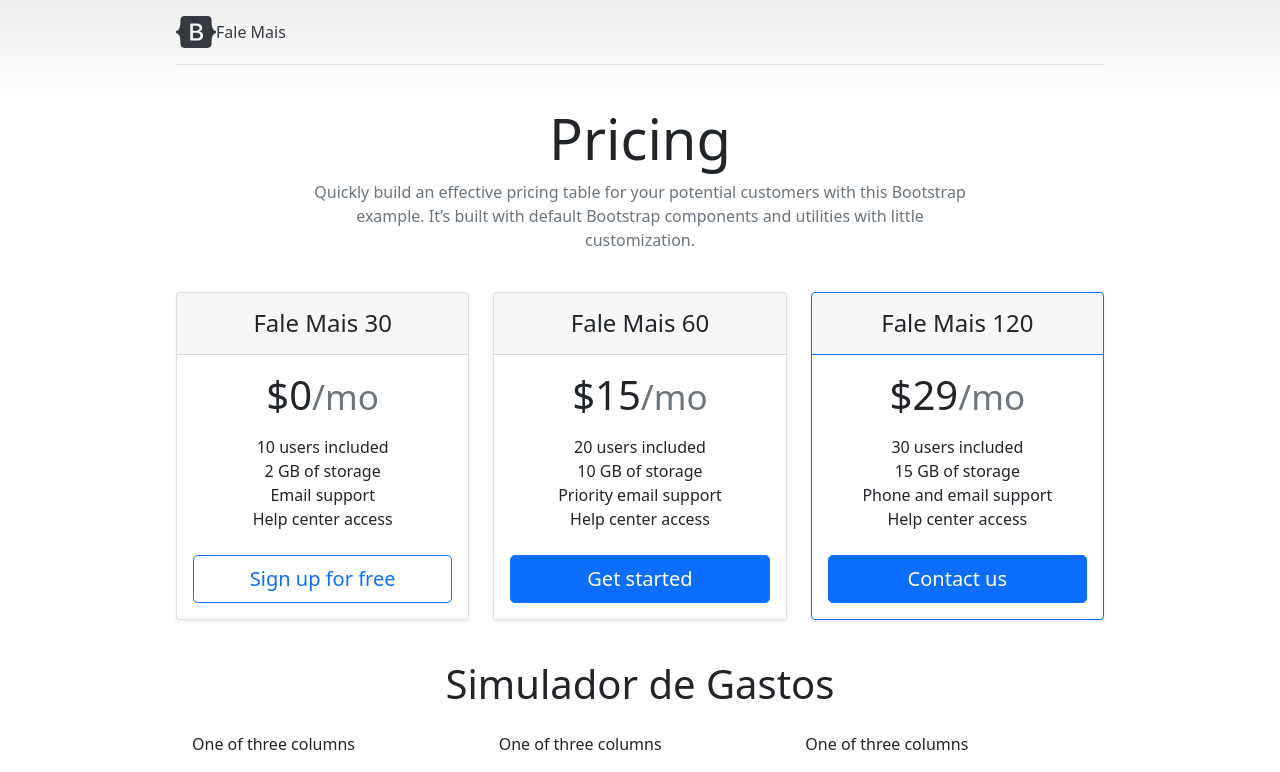
Repository: JuniorMagalhaesDeAlcantara/Fale-Mais
Page: src/resource/index.html
An editor plug-in stored every save of this project. The page is shown before and after the next save, followed by the edit.
The browser window is 1280 px wide. The pictures show the whole page.

Above is the page before, as saved 2022-08-02 14:50:16.

After the next save:
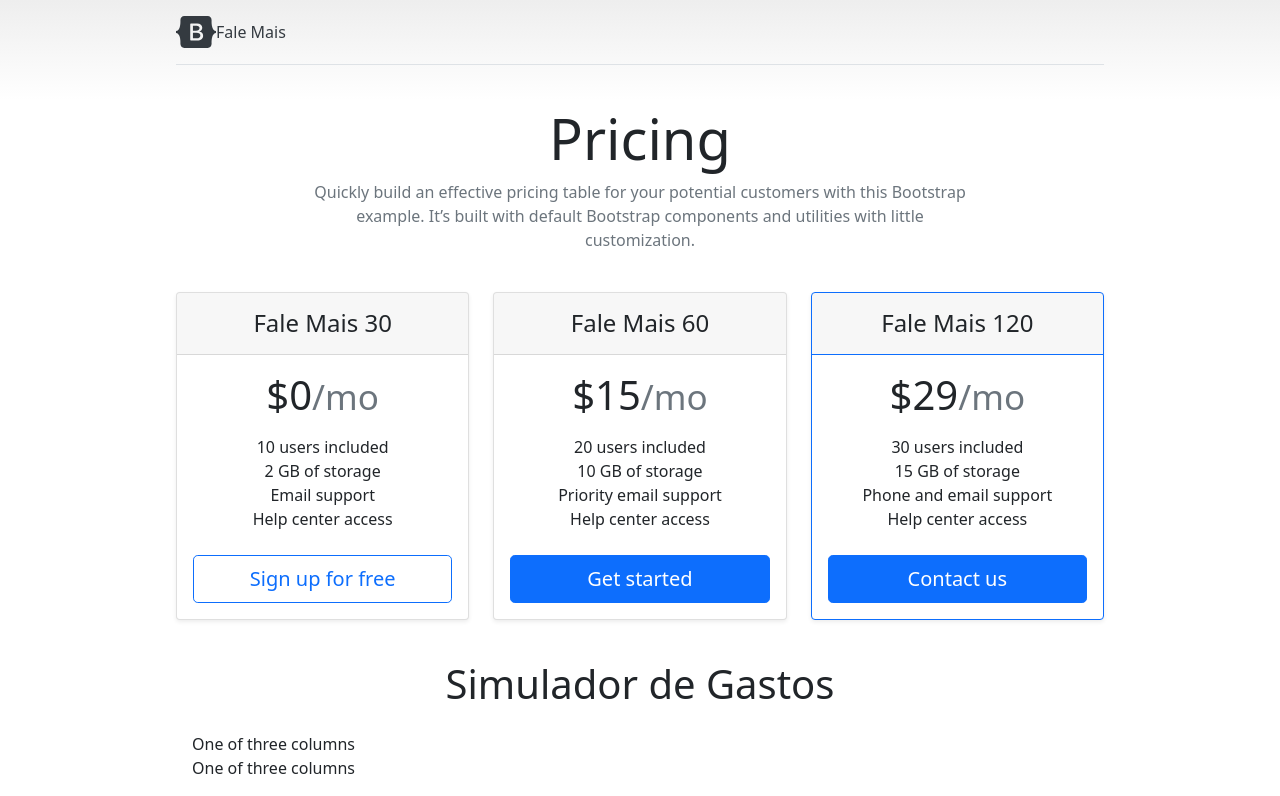
Saved 23 s later.
--- a/src/resource/index.html
+++ b/src/resource/index.html
@@ -98,10 +98,7 @@
 
       <footer class="">
         <div class="container">
-            <div class="row">
-              <div class="col align-self-start">
-                One of three columns
-              </div>
+
               <div class="col align-self-center">
                 One of three columns
               </div>
